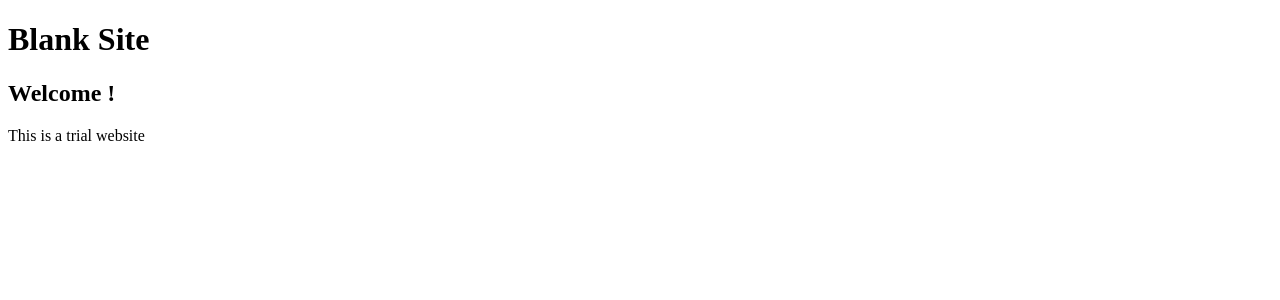
Repository: yhung004/Blank_Project
Page: index.html
An editor plug-in stored every save of this project. The page is shown before and after the next save, followed by the edit.
The browser window is 1280 px wide. The pictures show the whole page.

Above is the page before, as saved 2024-04-03 23:54:35.

### index.html
<!DOCTYPE html>
<html lang="en">
<head>
    <meta charset="UTF-8">
    <meta name="viewport" content="width=device-width, initial-scale=1.0">
    <title>Document</title>
</head>
<body>
    <h1 class="header"> Blank Site</h1>
    <div class="main">
        <div class="main2"></div>
        <h2 class="header_2">Welcome !</h2>
        <p class="words">This is a trial website</p>
    </div>
</body>
</html>

### index.css

h1.header {
    text-align:center
}

After the next save:
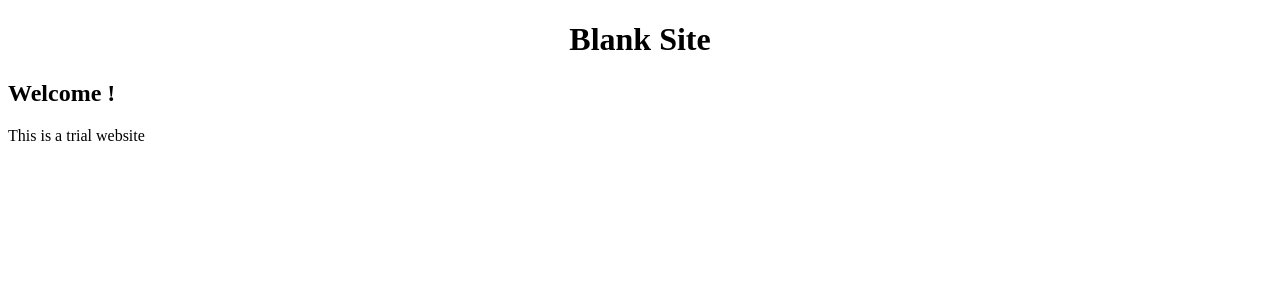
Saved 65 s later.
--- a/index.html
+++ b/index.html
@@ -4,6 +4,7 @@
     <meta charset="UTF-8">
     <meta name="viewport" content="width=device-width, initial-scale=1.0">
     <title>Document</title>
+    <link rel="stylesheet" href="index.css">
 </head>
 <body>
     <h1 class="header"> Blank Site</h1>

After the save that followed:
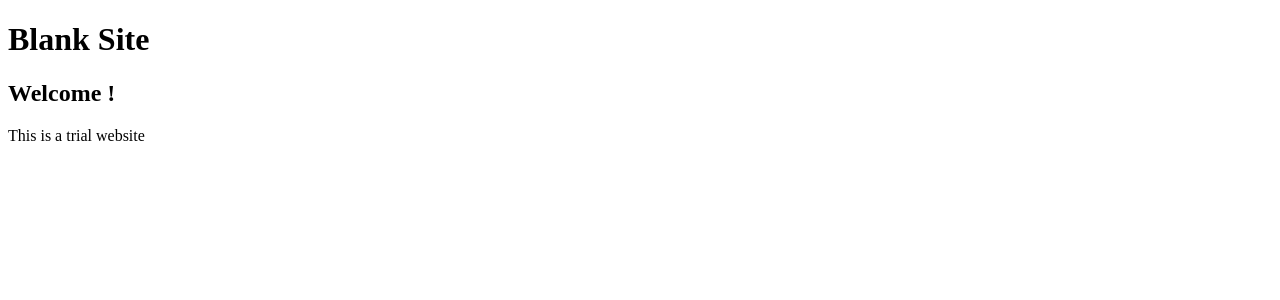
Saved 6 s later.
--- a/index.css
+++ b/index.css
@@ -1,4 +1,4 @@
 
-h1.header {
+header {
     text-align:center
 }
